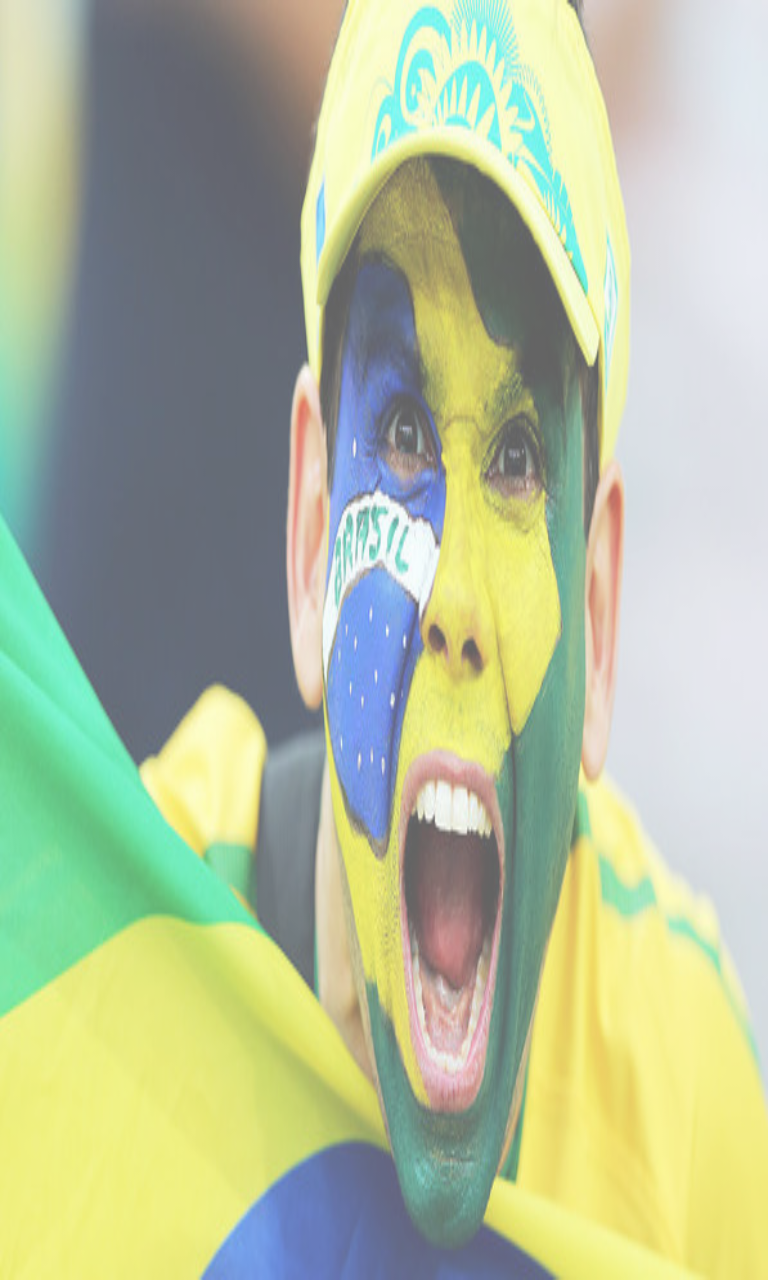
Repository: wellingtondessuy/AppLearning
Layout: HappyApp/res/layout/fragment_1.xml
These files come from the project's save history. The layout is drawn as it stood at one moment and after the next save; the edit follows.
It is drawn on a 768 x 1280 px phone screen (xhdpi) without system bars, with theme AppTheme; the app's code is not run.

Above is the layout before, as saved 2015-05-22 13:21:10.

### HappyApp/res/layout/fragment_1.xml
<RelativeLayout xmlns:android="http://schemas.android.com/apk/res/android"
    xmlns:tools="http://schemas.android.com/tools"
    android:layout_width="match_parent"
    android:layout_height="match_parent"
    android:paddingBottom="@dimen/activity_vertical_margin"
    android:paddingLeft="@dimen/activity_horizontal_margin"
    android:paddingRight="@dimen/activity_horizontal_margin"
    android:paddingTop="@dimen/activity_vertical_margin"
    android:background="@drawable/back_1"
    android:alpha="0.6"
    tools:context="com.example.happyapp.MainActivity$PlaceholderFragment" >

</RelativeLayout>

Loaded but not shown: HappyApp/res/values/styles.xml (common file); HappyApp/res/values-v11/styles.xml (common file); HappyApp/res/values-v14/styles.xml (common file); HappyApp/res/values/dimens.xml (common file); HappyApp/res/values-w820dp/dimens.xml (common file)

After the next save:
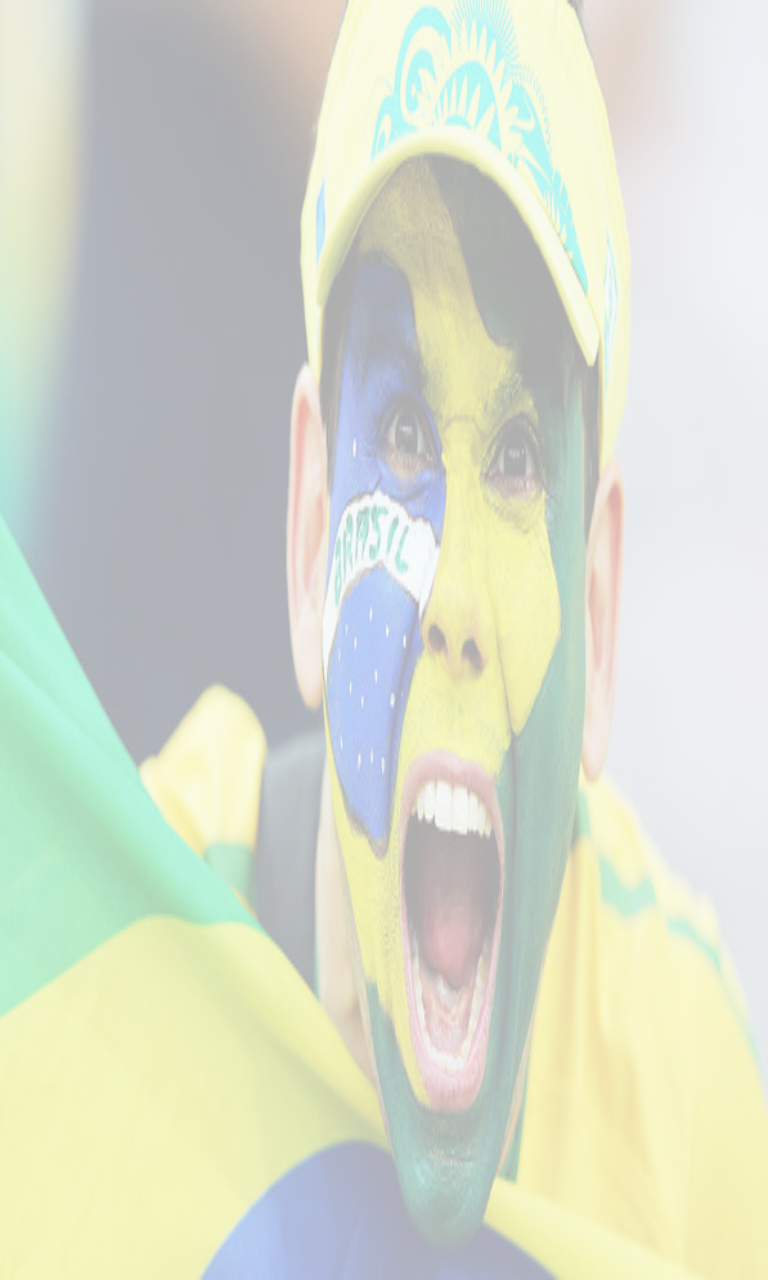
Saved 45 s later.
--- a/HappyApp/res/layout/fragment_1.xml
+++ b/HappyApp/res/layout/fragment_1.xml
@@ -7,7 +7,7 @@
     android:paddingRight="@dimen/activity_horizontal_margin"
     android:paddingTop="@dimen/activity_vertical_margin"
     android:background="@drawable/back_1"
-    android:alpha="0.6"
+    android:alpha="0.3"
     tools:context="com.example.happyapp.MainActivity$PlaceholderFragment" >
 
 </RelativeLayout>
